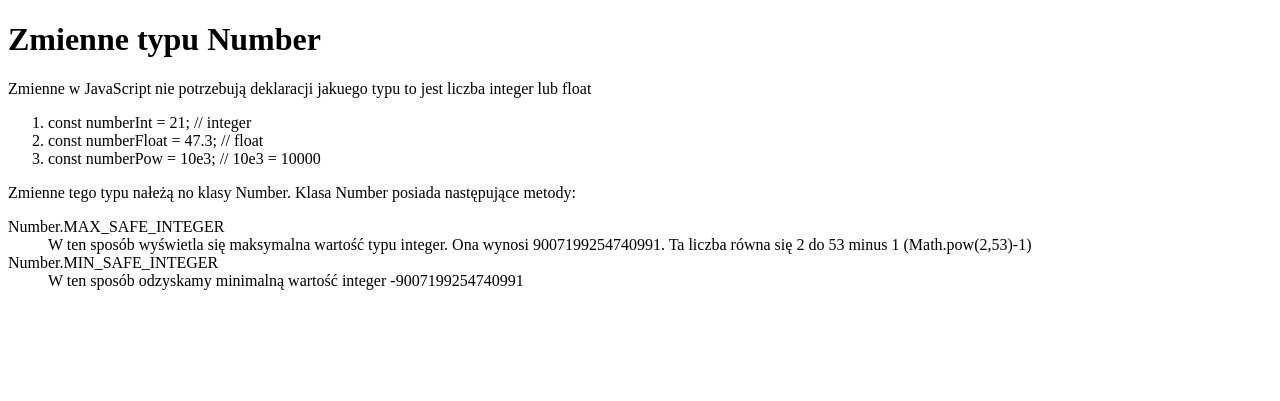
Repository: romanstetsiuk1/JS_learn
Page: number.html
These files come from the project's save history. The page is drawn as it stood at one moment and after the next save; the edit follows.
The browser window is 1280 px wide. The pictures show the whole page.

Above is the page before, as saved 2020-08-12 19:55:23.

### number.html
<!DOCTYPE html>
<html lang="en, pl">
<head>
  <meta charset="UTF-8">
  <title>Number variables</title>
</head>
<body>

  <main>
    <h1>Zmienne typu Number</h1>

    <article>
      <p>Zmienne w JavaScript nie potrzebują deklaracji jakuego typu to jest liczba integer lub float</p>
      <div class="vsCode">
        <ol>
          <li>const numberInt = 21;       // integer</li>
          <li>const numberFloat = 47.3;   // float</li>
          <li>const numberPow = 10e3;     // 10e3 = 10000</li>
        </ol>
      </div>
    </article>

    <article>
      <p>Zmienne tego typu nałeżą no klasy Number.
        Klasa Number posiada następujące metody:
      </p>
      <dl>
        <dt>Number.MAX_SAFE_INTEGER</dt>
        <dd>W ten sposób wyświetla się maksymalna wartość typu integer.
          Ona wynosi 9007199254740991. Ta liczba równa się 2 do 53 minus 1 (Math.pow(2,53)-1)
        </dd>
        <dt>Number.MIN_SAFE_INTEGER</dt>
        <dd>W ten sposób odzyskamy minimalną wartość integer -9007199254740991</dd>

      </dl>
    </article>

  </main>

</body>
</html>

After the next save:
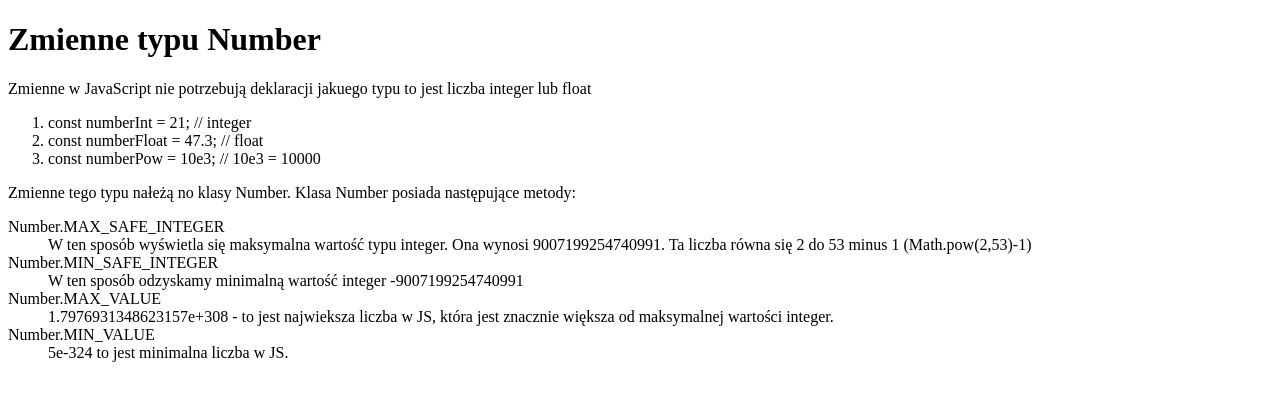
Saved 6 min 35 s later.
--- a/number.html
+++ b/number.html
@@ -29,8 +29,17 @@
         <dd>W ten sposób wyświetla się maksymalna wartość typu integer.
           Ona wynosi 9007199254740991. Ta liczba równa się 2 do 53 minus 1 (Math.pow(2,53)-1)
         </dd>
+
         <dt>Number.MIN_SAFE_INTEGER</dt>
         <dd>W ten sposób odzyskamy minimalną wartość integer -9007199254740991</dd>
+
+        <dt>Number.MAX_VALUE</dt>
+        <dd>1.7976931348623157e+308 - to jest najwieksza liczba w JS, która jest
+          znacznie większa od maksymalnej wartości integer.
+        </dd>
+
+        <dt>Number.MIN_VALUE</dt>
+        <dd>5e-324 to jest minimalna liczba w JS.</dd>
 
       </dl>
     </article>
